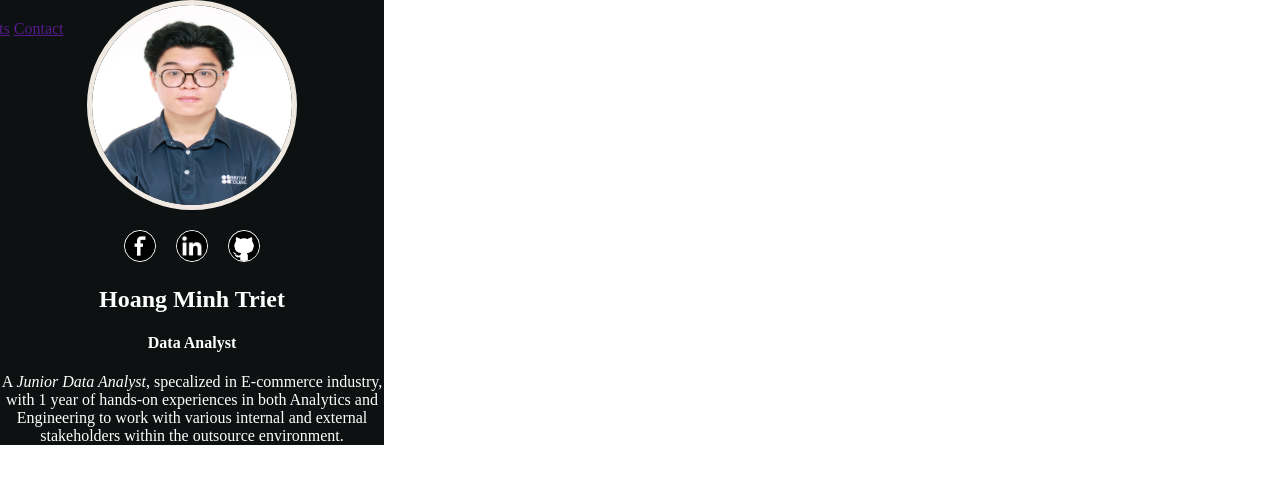
Repository: MinnTrit/personal_website
Page: http://localhost/
These files come from the project's save history. The page is drawn as it stood at one moment and after the next save; the edit follows.
The browser window is 1280 px wide. The pictures show the whole page.
The page is served by the project's application, run on Flask 3 (app.py).

Above is the page before, as saved 2025-01-29 11:46:39.

### templates/index.html
<!DOCTYPE html>
<html lang="en">
<head>
    <meta charset="UTF-8">
    <meta name="viewport" content="width=device-width, initial-scale=1.0">
    <link rel="stylesheet" href="{{ url_for('static', filename='css/styles.css') }}">
    <title>Data Engineer - Hoang Minh Triet</title>
</head>
<body>
    <header>
        <nav class="navbar">
            <a href="">Home</a>
            <a href="">About</a>
            <a href="">Projects</a>
            <a href="">Contact</a>
        </nav>
    </header>
    <main>
        <div class="picture">
            <img src="{{ url_for('static', filename='imgs/personal_image.jpg') }}" alt="personalImage">
            <div class="information">
                <a href="https://www.facebook.com/minhtriet05042003/" target="_blank">
                    <img class="facebook" src="{{ url_for('static', filename='imgs/facebook.jpg') }}" alt="facebook">
                </a>
                <a href="https://www.linkedin.com/in/minchit0504/" target="_blank">
                    <img class="linkedin" src="{{ url_for('static', filename='imgs/linkedin-logo.png') }}" alt="linkedin">
                </a>
                <a href="https://www.linkedin.com/in/minchit0504/" target="_blank">
                    <img class="github" src="{{ url_for('static', filename='imgs/github.png') }}" alt="github">
                </a>
            </div>
            <div class="pictureText">
                <h2>Hoang Minh Triet</h2>
                <h4>Data Analyst</h4>
                <p>A <em>Junior Data Analyst</em>, specalized in E-commerce industry, with 1 year of hands-on experiences in both Analytics and Engineering to work with various internal and external stakeholders within the outsource environment.</p>
            </div>
        </div>

    </main>
</body>
</html>

### app.py
from flask import Flask, request, render_template
app = Flask(__name__)
app.debug=True
#Initialize common variables
@app.route('/', methods=['GET', 'POST'])
def index():
    if request.method == 'GET':
        return render_template('index.html')

if __name__ == '__main__':
    app.run(host='0.0.0.0', port=5002, debug=True)

### static/css/styles.css
header {
    position: fixed; /* Position the header to always be at the top */
    top: 0;
    right: 0;
    width: 100%;
    padding: 20px 10%;
}

.navbar {

}

html, body {
    height: 100%;
    margin: 0;
    color: white;
}

.picture {
    background-color:#0e1111;
    width: 30%;
    height: 100%;
}

.picture img {
    display: block;
    width: 200px;
    height: 200px;
    margin-left: auto;
    margin-right: auto;
    border-radius: 50%;
    border: 5px solid;
    border-color:#efe9e2;
}

.picture .pictureText {
    text-align: center;
    transform: translateY(100%);
    opacity: 0;
    animation: slideInFromBottom 1s ease-in-out forwards;
}

@keyframes slideInFromBottom {
    0% {
        transform: translateY(100%);
        opacity: 0;
    }
    100% {
        transform: translateY(0);
        opacity: 1;
    }
}


.sections {
    display: flex;
    justify-content: right;
    position: absolute;
    top: 0;
    right: 0;
    background-color:#3b444b;
    width: 70%;
    height: 100%;
    gap: 50px;
}

.sections .h2 {
    display: inline-block;
}

.information {
    margin-top: 20px;
    display: flex;
    justify-content: center;
    gap: 20px;
}

.information img {
    width: 30px;
    height: 30px;
    display: inline-block;
    border: 1px solid;
    border-color: white;
}

.information img:hover {
    opacity:1.0;
}

After the next save:
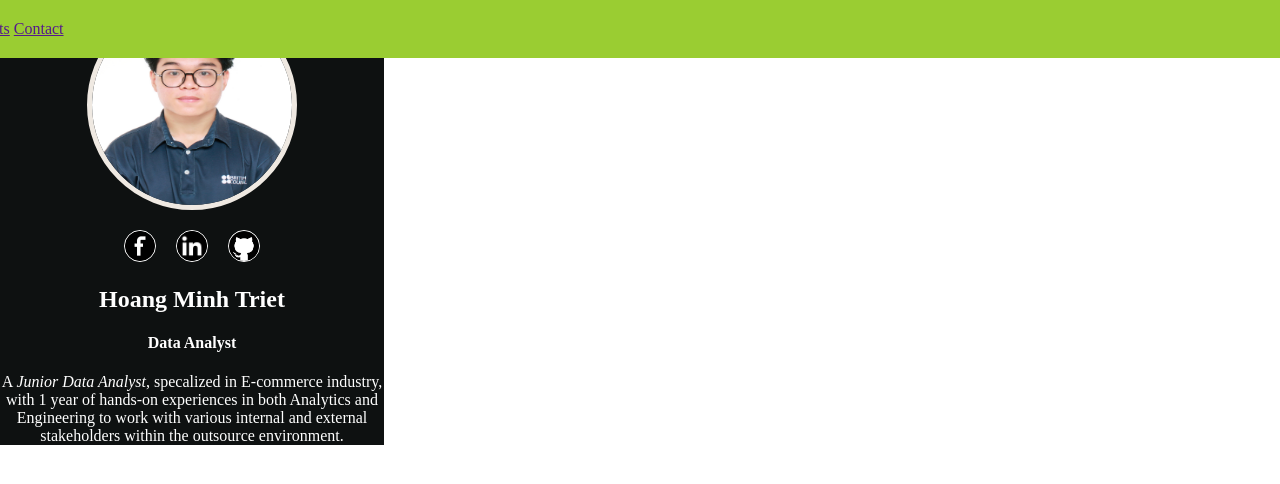
Saved 19 s later.
--- a/static/css/styles.css
+++ b/static/css/styles.css
@@ -4,6 +4,8 @@ header {
     right: 0;
     width: 100%;
     padding: 20px 10%;
+    background: yellowgreen;
+
 }
 
 .navbar {
